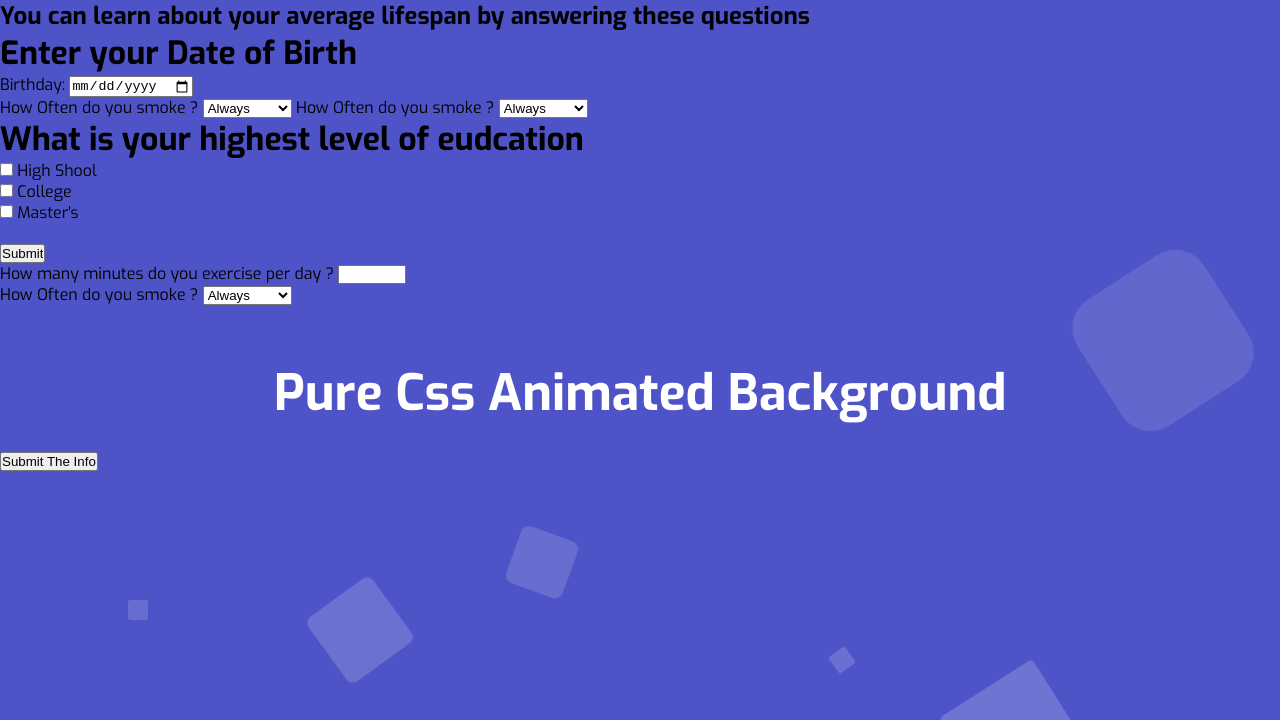
Repository: navid-amini12/capstone-1
Page: wordgame.html
The author's editor kept a copy of each file at every save. The page is drawn from the files as they stood at one save, then again after the next save.
The browser window is 1280 px wide. The pictures show the whole page.

Above is the page before, as saved 2022-05-25 18:21:45.

### wordgame.html
<link rel="stylesheet" type="text/css" href="Life.css">
<div class="context">
  <h1>Pure Css Animated Background</h1>
</div>


<div class="area" >
      <ul class="circles">
              <li></li>
              <li></li>
              <li></li>
              <li></li>
              <li></li>
              <li></li>
              <li></li>
              <li></li>
              <li></li>
              <li></li>
      </ul>
      <h2>You can learn about your average lifespan by answering these questions </h1>




        <h1>Enter your Date of Birth</h1>

        <form action="/action_page.php">
          <label for="birthday">Birthday:</label>
          <input type="date" id="birthday" name="birthday">

        </form>

    <label for="cars">How Often do you smoke ?</label>

    <select id="questions">
      <option value="volvo">Always</option>
      <option value="saab">Often</option>
      <option value="opel">Sometimes</option>
      <option value="audi">Rarely</option>
      <option value="audi">Never</option>
    </select>

    <label for="cars">How Often do you smoke ?</label>

    <select id="questions">
      <option value="volvo">Always</option>
      <option value="saab">Often</option>
      <option value="opel">Sometimes</option>
      <option value="audi">Rarely</option>
      <option value="audi">Never</option>
    </select>

    <h1>What is your highest level of eudcation</h1>

    <form action="/action_page.php">
      <input type="checkbox" id="vehicle1" name="vehicle1" value="Bike">
      <label for="vehicle1"> High Shool</label><br>
      <input type="checkbox" id="vehicle2" name="vehicle2" value="Car">
      <label for="vehicle2"> College</label><br>
      <input type="checkbox" id="vehicle3" name="vehicle3" value="Boat">
      <label for="vehicle3"> Master's</label><br><br>
      <input type="submit" value="Submit">
    </form>

    <form>
        <label for="quantity">How many minutes do you exercise per day ? </label>
        <input type="number" id="quantity" name="quantity" min="0" max="1000">
      </form>




    <label for="cars">How Often do you smoke ?</label>

    <select id="questions">
      <option value="volvo">Always</option>
      <option value="saab">Often</option>
      <option value="opel">Sometimes</option>
      <option value="audi">Rarely</option>
      <option value="audi">Never</option>
    </select>
    <br>
    <br>
    <br>
    <br>
    <br>
    <br>
    <br>
    <br>
    <button>Submit The Info</button>
</div >

### Life.css
@import url('https://fonts.googleapis.com/css?family=Exo:400,700');

*{
    margin: 0px;
    padding: 0px;
}

body{
    font-family: 'Exo', sans-serif;
}


.context {
    width: 100%;
    position: absolute;
    top:50vh;

}

.context h1{
    text-align: center;
    color: #fff;
    font-size: 50px;
}


.area{
    background: #4e54c8;
    background: -webkit-linear-gradient(to left, #8f94fb, #4e54c8);
    width: 100%;
    height:100vh;


}

.circles{
    position: absolute;
    top: 0;
    left: 0;
    width: 100%;
    height: 100%;
    overflow: hidden;
}

.circles li{
    position: absolute;
    display: block;
    list-style: none;
    width: 20px;
    height: 20px;
    background: rgba(255, 255, 255, 0.2);
    animation: animate 25s linear infinite;
    bottom: -150px;

}

.circles li:nth-child(1){
    left: 25%;
    width: 80px;
    height: 80px;
    animation-delay: 0s;
}


.circles li:nth-child(2){
    left: 10%;
    width: 20px;
    height: 20px;
    animation-delay: 2s;
    animation-duration: 12s;
}

.circles li:nth-child(3){
    left: 70%;
    width: 20px;
    height: 20px;
    animation-delay: 4s;
}

.circles li:nth-child(4){
    left: 40%;
    width: 60px;
    height: 60px;
    animation-delay: 0s;
    animation-duration: 18s;
}

.circles li:nth-child(5){
    left: 65%;
    width: 20px;
    height: 20px;
    animation-delay: 0s;
}

.circles li:nth-child(6){
    left: 75%;
    width: 110px;
    height: 110px;
    animation-delay: 3s;
}

.circles li:nth-child(7){
    left: 35%;
    width: 150px;
    height: 150px;
    animation-delay: 7s;
}

.circles li:nth-child(8){
    left: 50%;
    width: 25px;
    height: 25px;
    animation-delay: 15s;
    animation-duration: 45s;
}

.circles li:nth-child(9){
    left: 20%;
    width: 15px;
    height: 15px;
    animation-delay: 2s;
    animation-duration: 35s;
}

.circles li:nth-child(10){
    left: 85%;
    width: 150px;
    height: 150px;
    animation-delay: 0s;
    animation-duration: 11s;
}



@keyframes animate {

    0%{
        transform: translateY(0) rotate(0deg);
        opacity: 1;
        border-radius: 0;
    }

    100%{
        transform: translateY(-1000px) rotate(720deg);
        opacity: 0;
        border-radius: 50%;
    }

}

After the next save:
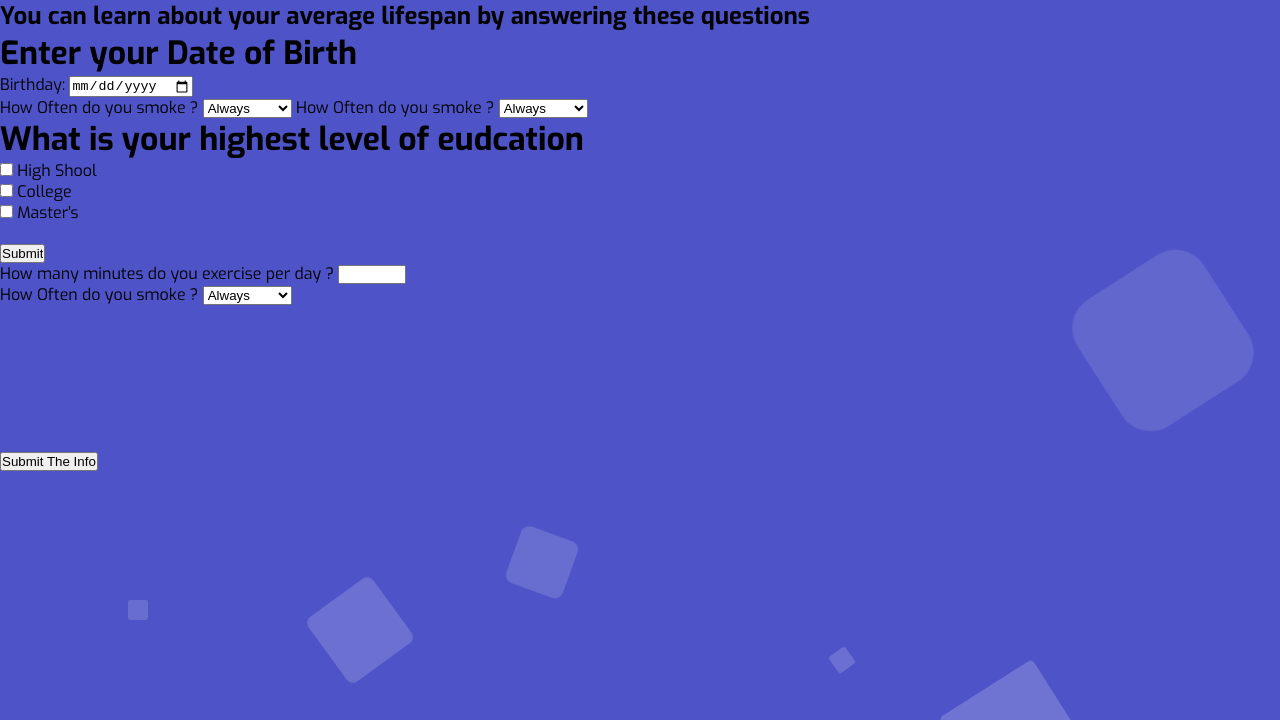
Saved 63 s later.
--- a/wordgame.html
+++ b/wordgame.html
@@ -1,6 +1,5 @@
 <link rel="stylesheet" type="text/css" href="Life.css">
 <div class="context">
-  <h1>Pure Css Animated Background</h1>
 </div>
 
 
@@ -17,10 +16,7 @@
               <li></li>
               <li></li>
       </ul>
-      <h2>You can learn about your average lifespan by answering these questions </h1>
-
-
-
+      <div><h2>You can learn about your average lifespan by answering these questions </h1>
 
         <h1>Enter your Date of Birth</h1>
 
@@ -89,3 +85,4 @@
     <br>
     <button>Submit The Info</button>
 </div >
+</div>
